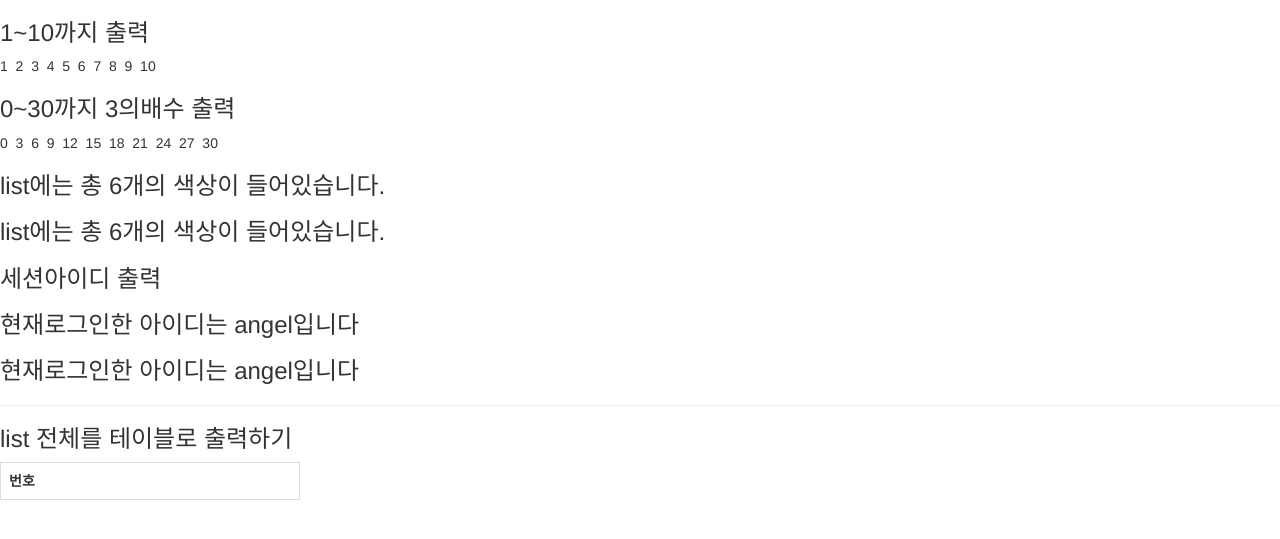
Repository: jungbee2/jungproject
Page: http://localhost/JstlProject/day0330/ex5_foreach.jsp
The author's editor kept a copy of each file at every save. The page is drawn from the files as they stood at one save, then again after the next save.
The browser window is 1280 px wide. The pictures show the whole page.
Some web fonts or font styles are not loaded; a fallback is used. The page is served by Tomcat 9.

Above is the page before, as saved 2023-03-30 02:29:56.

After the next save:
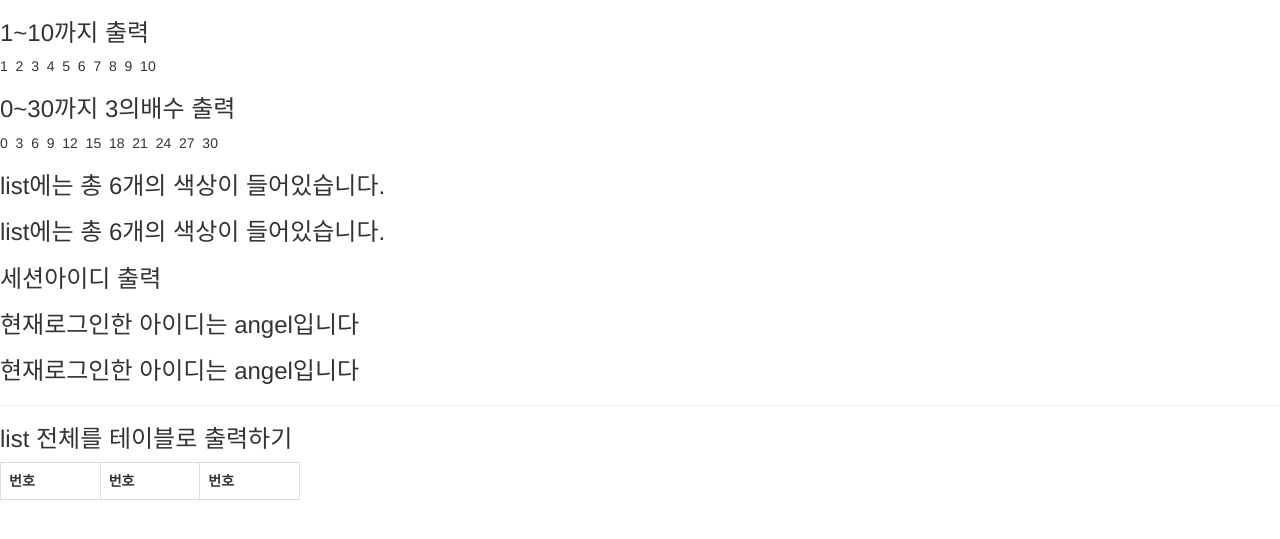
Saved 13 s later.
--- a/JstlProject/src/main/webapp/day0330/ex5_foreach.jsp
+++ b/JstlProject/src/main/webapp/day0330/ex5_foreach.jsp
@@ -62,6 +62,8 @@
 <table class="table table-bordered" style="width:300px;">
 <tr>
 <th>번호</th>
+<th>번호</th>
+<th>번호</th>
 </tr>
 </table>
 </body>
